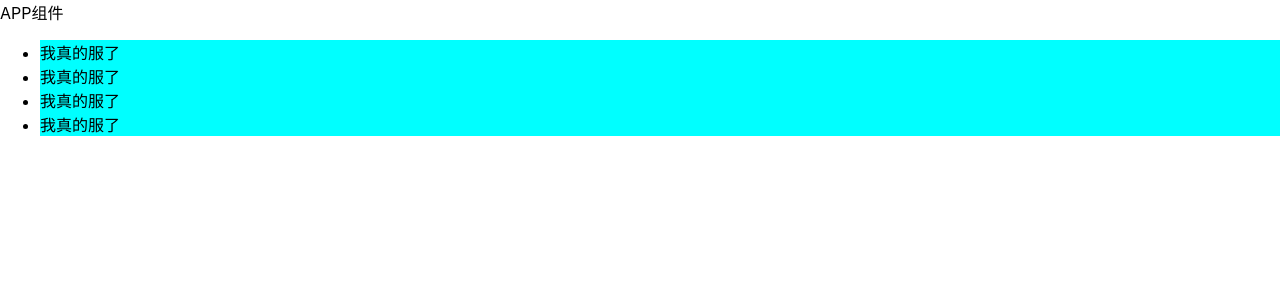
Repository: pagelam97/React-Test-Project
Page: /
The author's editor kept a copy of each file at every save. The page is drawn from the files as they stood at one save, then again after the next save.
The browser window is 1280 px wide. The pictures show the whole page.
The project was rebuilt for these pictures with package versions that can differ from the ones it lists, and the page was loaded fresh each time.

Above is the page before, as saved 2022-09-01 15:55:55.

After the next save:
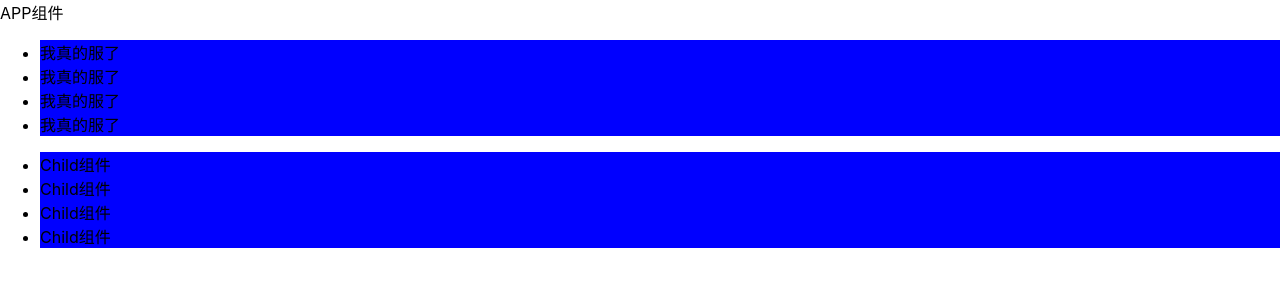
Saved 79 s later.
--- a/src/App.js
+++ b/src/App.js
@@ -1,6 +1,8 @@
 import './App.css';
 import { useEffect } from 'react';
 import axios from 'axios';
+
+import Child from './Child';
 
 function App() {
 
@@ -34,7 +36,7 @@ function App() {
           我真的服了
         </li>
       </ul>
-
+<Child/>
 
     </div>
   );
